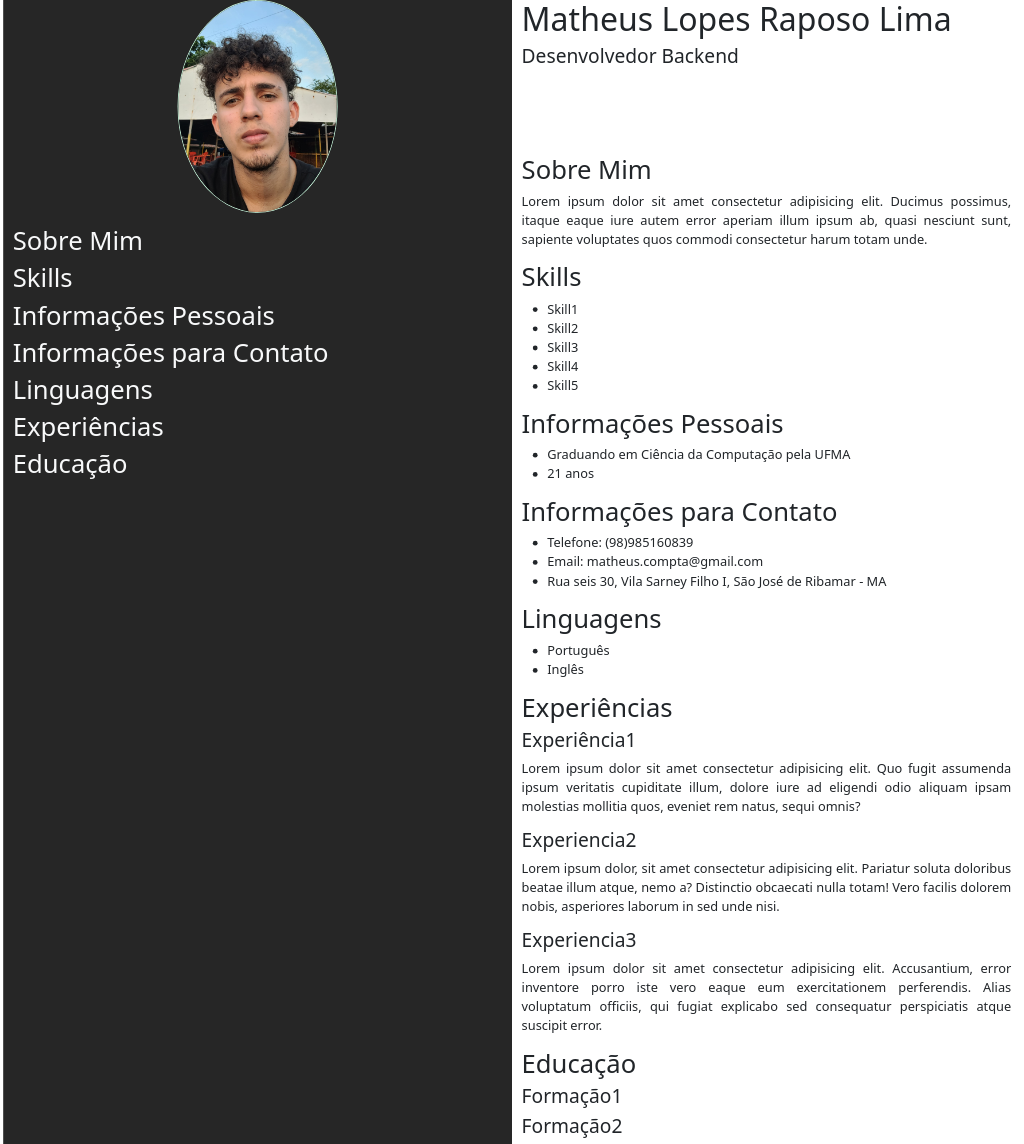
Repository: MaatheusRaposo/Curriculo_Web
Page: index.html
These files come from the project's save history. The page is drawn as it stood at one moment and after the next save; the edit follows.
The browser window is 1280 px wide. The pictures show the whole page, at 80% of full size.

Above is the page before, as saved 2026-05-28 01:09:52.

### index.html
<!DOCTYPE html>
<html lang="en">
<head>
    <meta charset="UTF-8">
    <meta name="viewport" content="width=device-width, initial-scale=1.0">
    <title>Curriculo Matheus Raposo</title>
    <link href="https://cdn.jsdelivr.net/npm/bootstrap@5.3.8/dist/css/bootstrap.min.css" rel="stylesheet" integrity="sha384-sRIl4kxILFvY47J16cr9ZwB07vP4J8+LH7qKQnuqkuIAvNWLzeN8tE5YBujZqJLB" crossorigin="anonymous">
    <link rel="stylesheet" href="assets/css/style.css">
</head>
<body>
    <div class="container-fluid px-3">
        <div class="row align-items-stretch min-vh-100">
            <div class="col text-light d-flex flex-column" id="coluna-esquerda">
                <div class="d-flex justify-content-center align-items-center">
                    <img class="foto-perfil position-relative mb-3" src="assets/images/20230725_175129.jpg" alt="">
                </div>
                <div>
                    <h2>Sobre Mim</h2>
                    <h2>Skills</h2>
                    <h2>Informações Pessoais</h2>
                    <h2>Informações para Contato</h2>
                    <h2>Linguagens</h2>
                    <h2>Experiências</h2>
                    <h2>Educação</h2>
                </div>
            </div>
            <div class="col d-flex flex-column" id="coluna-direita">
                <section>
                    <h1>Matheus Lopes Raposo Lima</h1>
                    <h4>Desenvolvedor Backend</h4>
                </section>
                <div class="d-flex justify-content-center flex-column mt-3 espacamento-classes">
                    <section>
                        <h2>Sobre Mim</h2>
                        <p>Lorem ipsum dolor sit amet consectetur adipisicing elit. Ducimus possimus, itaque eaque iure autem error aperiam illum ipsum ab, quasi nesciunt sunt, sapiente voluptates quos commodi consectetur harum totam unde.</p>
                    </section>
                    <section>
                        <h2>Skills</h2>
                        <ul>
                            <li>Skill1</li>
                            <li>Skill2</li>
                            <li>Skill3</li>
                            <li>Skill4</li>
                            <li>Skill5</li>
                        </ul>
                    </section>
                    <section>
                        <h2>Informações Pessoais</h2>
                        <ul>
                            <li>Graduando em Ciência da Computação pela UFMA</li>
                            <li>21 anos</li>
                        </ul>
                    </section>
                    <section>
                        <h2>Informações para Contato</h2>
                        <ul>
                            <li>Telefone: (98)985160839</li>
                            <li>Email: matheus.compta@gmail.com</li>
                            <li>Rua seis 30, Vila Sarney Filho I, São José de Ribamar - MA</li>
                        </ul>
                    </section>
                    <section>
                        <h2>Linguagens</h2>
                        <ul>
                            <li>Português</li>
                            <li>Inglês</li>
                        </ul>
                    </section>
                    <section>
                        <h2>Experiências</h2>
                        <section>
                            <h4>Experiência1</h4>
                            <p>Lorem ipsum dolor sit amet consectetur adipisicing elit. Quo fugit assumenda ipsum veritatis cupiditate illum, dolore iure ad eligendi odio aliquam ipsam molestias mollitia quos, eveniet rem natus, sequi omnis?</p>
                        </section>
                        <section>
                            <h4>Experiencia2</h4>
                            <p>Lorem ipsum dolor, sit amet consectetur adipisicing elit. Pariatur soluta doloribus beatae illum atque, nemo a? Distinctio obcaecati nulla totam! Vero facilis dolorem nobis, asperiores laborum in sed unde nisi.</p>
                        </section>
                        <section>
                            <h4>Experiencia3</h4>
                            <p>Lorem ipsum dolor sit amet consectetur adipisicing elit. Accusantium, error inventore porro iste vero eaque eum exercitationem perferendis. Alias voluptatum officiis, qui fugiat explicabo sed consequatur perspiciatis atque suscipit error.</p>
                        </section>
                    </section>
                    <section>
                        <h2>Educação</h2>
                        <section>
                            <h4>Formação1</h4>
                        </section>
                        <section>
                            <h4>Formação2</h4>
                        </section>
                    </section>
                </div>
            </div>
        </div>
    </div>

    <script src="https://cdn.jsdelivr.net/npm/bootstrap@5.3.8/dist/js/bootstrap.bundle.min.js" integrity="sha384-FKyoEForCGlyvwx9Hj09JcYn3nv7wiPVlz7YYwJrWVcXK/BmnVDxM+D2scQbITxI" crossorigin="anonymous"></script>
    <script src="app.js"></script>
    <noscript>Voce precisa tivar o JavaScript para ver o curriculo perfeitamente</noscript>
</body>
</html>

### assets/css/style.css
.foto-perfil {
    max-width: 200px;
    border: 1px solid #CEFFE4;
    border-radius: 100%;
}

#coluna-esquerda {
    background-color: #262626;
}

@media screen and (min-width: 768px) {
    .espacamento-classes {
        margin-top: 100px !important;
    }
}

.espacamento-classes {
    text-align: justify;
}

Loaded but not shown: app.js (no stored copy; drawn as an empty file)

After the next save:
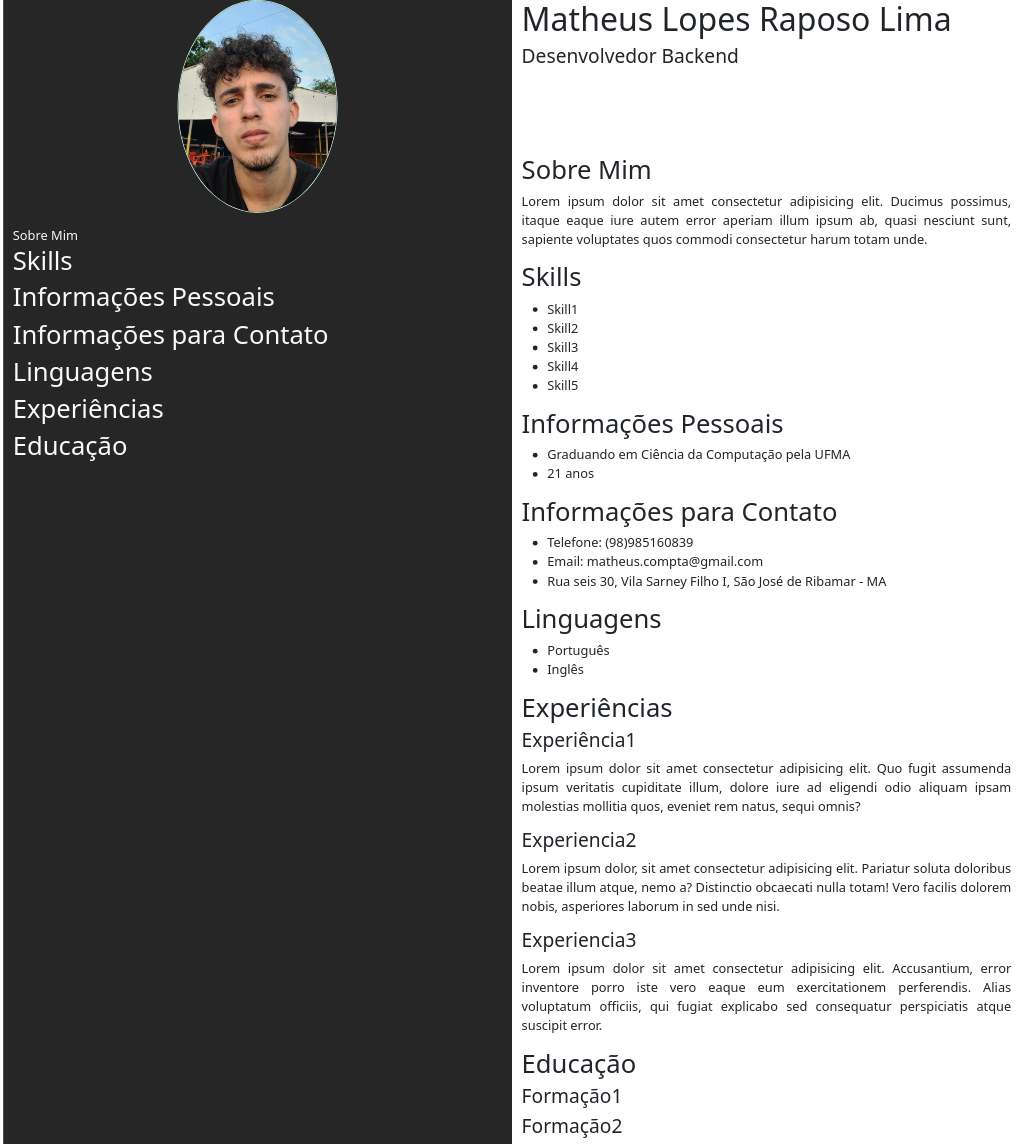
Saved 2 min 10 s later.
--- a/index.html
+++ b/index.html
@@ -15,7 +15,7 @@
                     <img class="foto-perfil position-relative mb-3" src="assets/images/20230725_175129.jpg" alt="">
                 </div>
                 <div>
-                    <h2>Sobre Mim</h2>
+                    <a href="#"></a>Sobre Mim
                     <h2>Skills</h2>
                     <h2>Informações Pessoais</h2>
                     <h2>Informações para Contato</h2>
@@ -31,11 +31,11 @@
                 </section>
                 <div class="d-flex justify-content-center flex-column mt-3 espacamento-classes">
                     <section>
-                        <h2>Sobre Mim</h2>
+                        <h2 id="sobreMim">Sobre Mim</h2>
                         <p>Lorem ipsum dolor sit amet consectetur adipisicing elit. Ducimus possimus, itaque eaque iure autem error aperiam illum ipsum ab, quasi nesciunt sunt, sapiente voluptates quos commodi consectetur harum totam unde.</p>
                     </section>
                     <section>
-                        <h2>Skills</h2>
+                        <h2 id="Skills">Skills</h2>
                         <ul>
                             <li>Skill1</li>
                             <li>Skill2</li>
@@ -45,14 +45,14 @@
                         </ul>
                     </section>
                     <section>
-                        <h2>Informações Pessoais</h2>
+                        <h2 id="infoPessoal">Informações Pessoais</h2>
                         <ul>
                             <li>Graduando em Ciência da Computação pela UFMA</li>
                             <li>21 anos</li>
                         </ul>
                     </section>
                     <section>
-                        <h2>Informações para Contato</h2>
+                        <h2 id="infoCtt">Informações para Contato</h2>
                         <ul>
                             <li>Telefone: (98)985160839</li>
                             <li>Email: matheus.compta@gmail.com</li>
@@ -60,14 +60,14 @@
                         </ul>
                     </section>
                     <section>
-                        <h2>Linguagens</h2>
+                        <h2 id="linguagens">Linguagens</h2>
                         <ul>
                             <li>Português</li>
                             <li>Inglês</li>
                         </ul>
                     </section>
                     <section>
-                        <h2>Experiências</h2>
+                        <h2 id="exps">Experiências</h2>
                         <section>
                             <h4>Experiência1</h4>
                             <p>Lorem ipsum dolor sit amet consectetur adipisicing elit. Quo fugit assumenda ipsum veritatis cupiditate illum, dolore iure ad eligendi odio aliquam ipsam molestias mollitia quos, eveniet rem natus, sequi omnis?</p>
@@ -82,7 +82,7 @@
                         </section>
                     </section>
                     <section>
-                        <h2>Educação</h2>
+                        <h2 id="edu">Educação</h2>
                         <section>
                             <h4>Formação1</h4>
                         </section>
